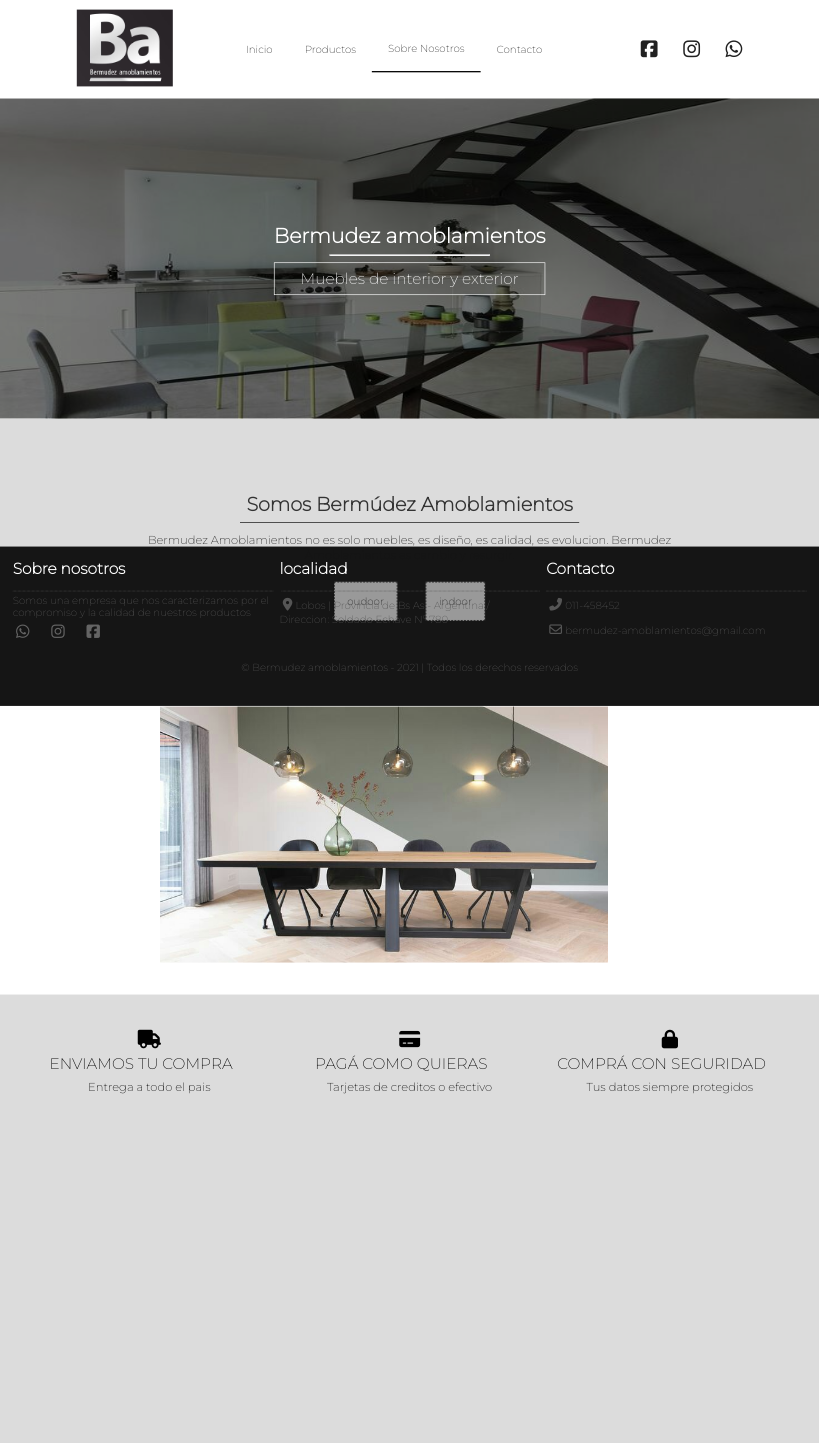
Repository: DamianBermudez94/Bermudez-amoblamientos
Page: index.html
The author's editor kept a copy of each file at every save. The page is drawn from the files as they stood at one save, then again after the next save.
The browser window is 1280 px wide. The pictures show the whole page, at 64% of full size.
Backgrounds fixed to the window are drawn as part of the page. Some web libraries are served in a nearby version.

Above is the page before, as saved 2022-09-22 19:27:37.

After the next save:
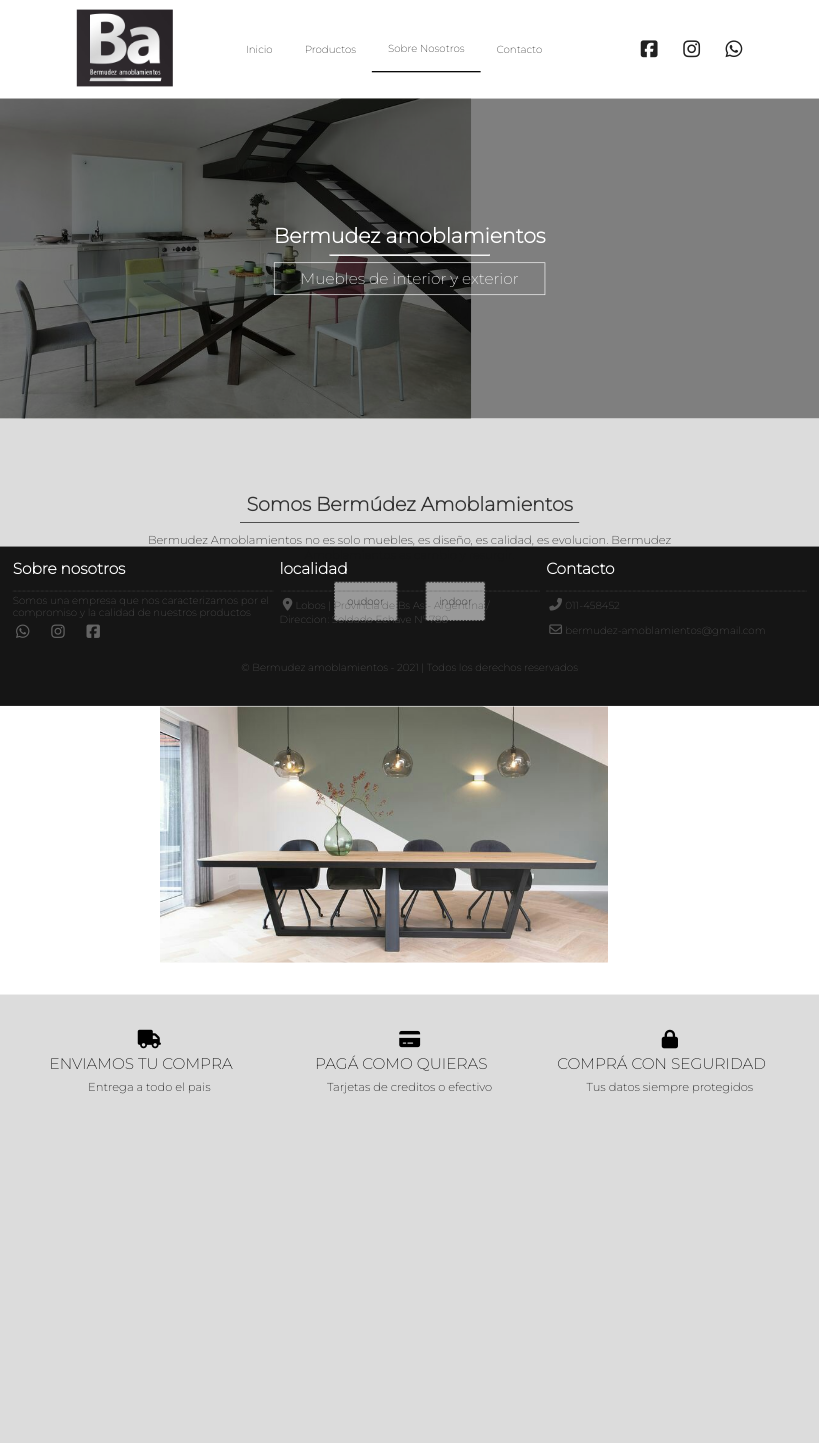
Saved 22 s later.
--- a/index.css
+++ b/index.css
@@ -39,7 +39,6 @@ main{
   background: url("./indoor/img-indoor/imagenes-indoor/IMG-20210325-WA0038.jpg");
   background-attachment: fixed;
   background-repeat: no-repeat;
-  background-size: 100% 100%;
 
 }
 
